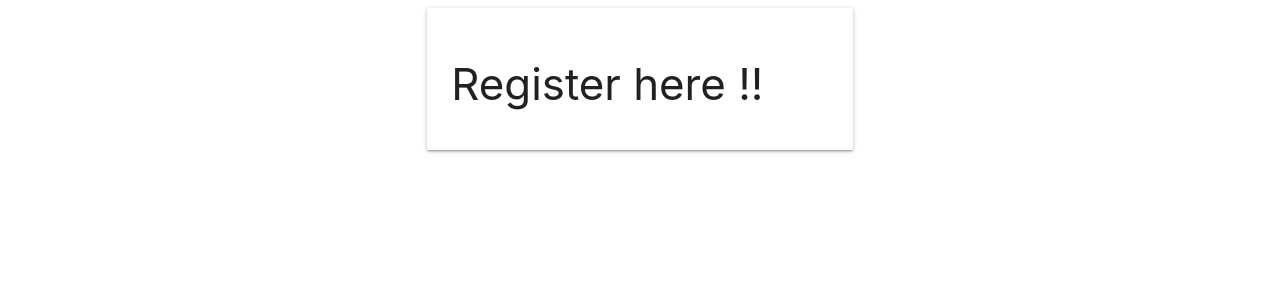
Repository: ShaileshMishr/Javanew
Page: http://localhost/Register/signup.jsp
An editor plug-in stored every save of this project. The page is shown before and after the next save, followed by the edit.
The browser window is 1280 px wide. The pictures show the whole page.
The page is served by Tomcat 10.

Above is the page before, as saved 2023-10-11 21:28:16.

After the next save:
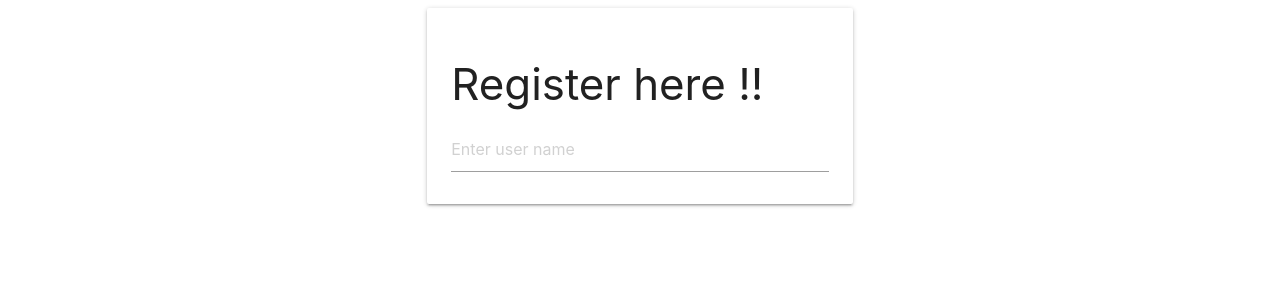
Saved 76 s later.
--- a/Register/src/main/webapp/signup.jsp
+++ b/Register/src/main/webapp/signup.jsp
@@ -25,6 +25,7 @@
 <!--  creating form -->
 
 <form action="Register" method="post">
+<input type="text" name="user_name" placeholder="Enter user name" />
 
 </form>
 
